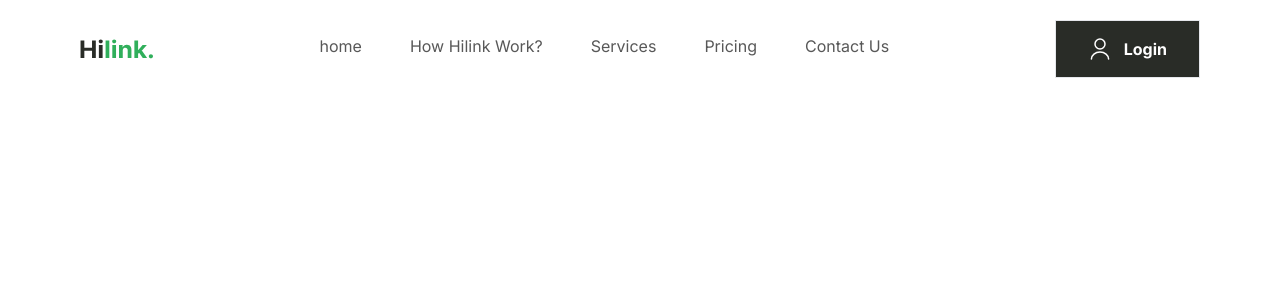
Repository: abdulrahmanmahmood/Travel-App
Page: /
The author's editor kept a copy of each file at every save. The page is drawn from the files as they stood at one save, then again after the next save.
The browser window is 1280 px wide. The pictures show the whole page.
The project was rebuilt for these pictures with package versions that can differ from the ones it lists, and the page was loaded fresh each time. The framework's server and built-in components were replaced by stand-ins that run in the browser. Also part of the build but not shown: next.config.js.

Above is the page before, as saved 2023-11-01 13:51:03.

### app/layout.tsx
import './globals.css'
import type { Metadata } from 'next';
import './globals.css'
import Navbar from '@/components/Navbar';


export const metadata: Metadata = {
  title: 'Travel',
  description: 'Travel UI/UX App for camping',
}

export default function RootLayout({
  children,
}: {
  children: React.ReactNode
}) {
  return (
    <html lang="en">
      <body >
        <Navbar/>
        {children}
      </body>
    </html>
  )
}

### app/page.tsx
import Features from "@/components/Features"
import GetApp from "@/components/GetApp"
import Guide from "@/components/Guide"
import Hero from "@/components/Hero"
import Camp from "@/components/camp"

export default function Home() {
  return
  <>
     <Hero/>
     <Camp/>
     <Guide/>
     <Features/>
     <GetApp/>
  </>
}

### components/Navbar.tsx
import { NAV_LINKS } from "@/constants";
import Image from "next/image";
import Link from "next/link";
import Button from "./Button";

const Navbar = () => {
  return (
    <nav
      className=" flexBetween max-container padding-container relative z-30
    py-5"
    >
      <Link href="/">
        <Image src="/hilink-logo.svg" alt="logo" width={74} height={28} />
      </Link>
      <ul className="hidden h-full gap-12 lg:flex">
        {NAV_LINKS.map((link) => (
          <Link
            href={link.href}
            key={link.key}
            className="regular-16 text-gray-50 flexCenter cursor-pointer pb-1.5 transition-all hover:font-bold"
          >
            {link.label}
          </Link>
        ))}
      </ul>
      <div className="lg:flexCenter  hidden ">
        <Button
          type="button"
          title="Login"
          icon="/user.svg"
          variant="btn_dark_green"
        />
      </div>
      <Image
        src="/menu.svg"
        alt="menu"
        width={32}
        height={32}
        className="inline-block cursor-pointer lg:hidden"
      />
    </nav>
  );
};

export default Navbar;

### constants/index.ts
export const NAV_LINKS = [
  {href:"/", key:"home", label:"home"},
  { href: '/', key: 'how_hilink_work', label: 'How Hilink Work?' },
  { href: '/', key: 'services', label: 'Services' },
  { href: '/', key: 'pricing ', label: 'Pricing ' },
  { href: '/', key: 'contact_us', label: 'Contact Us' },
]

### components/Button.tsx
import Image from "next/image";

type ButtonProps ={
  type:'button'| 'submit';
  title:string;
  icon?:string;
  variant:'btn_dark_green'

}


function Button({type, title, icon, variant}: ButtonProps) {
  return (
    <button type={type} className={`flexCenter gap-3 roudned-full border ${variant}`}>

      {icon && <Image src={icon} alt={title} width={24} height={24}/>}
      <label className="bold-16 whitespace-nowrap">{title}</label>
    </button>
  )
}

export default Button

### components/Features.tsx


function Features() {
  return (
    <div>Features</div>
  )
}

export default Features

### components/GetApp.tsx


function GetApp() {
  return (
    <div>GetApp</div>
  )
}

export default GetApp

### components/Guide.tsx


function Guide() {
  return (
    <div>Guide</div>
  )
}

export default Guide

### components/Hero.tsx


function Hero() {
  return (
    <div>Hero</div>
  )
}

export default Hero

### components/camp.tsx


function camp() {
  return (
    <div>camp</div>
  )
}

export default camp

Loaded but not shown: app/globals.css (common file); tailwind.config.ts (common file)

After the next save:
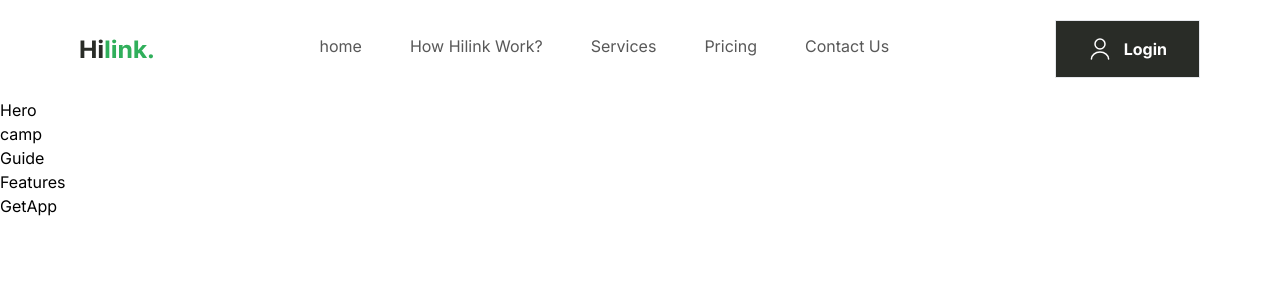
Saved 84 s later.
--- a/app/page.tsx
+++ b/app/page.tsx
@@ -5,12 +5,13 @@ import Hero from "@/components/Hero"
 import Camp from "@/components/camp"
 
 export default function Home() {
-  return
-  <>
-     <Hero/>
-     <Camp/>
-     <Guide/>
-     <Features/>
-     <GetApp/>
-  </>
+  return (
+    <>
+    <Hero/>
+    <Camp/>
+    <Guide/>
+    <Features/>
+    <GetApp/>
+ </>
+  )
 }
